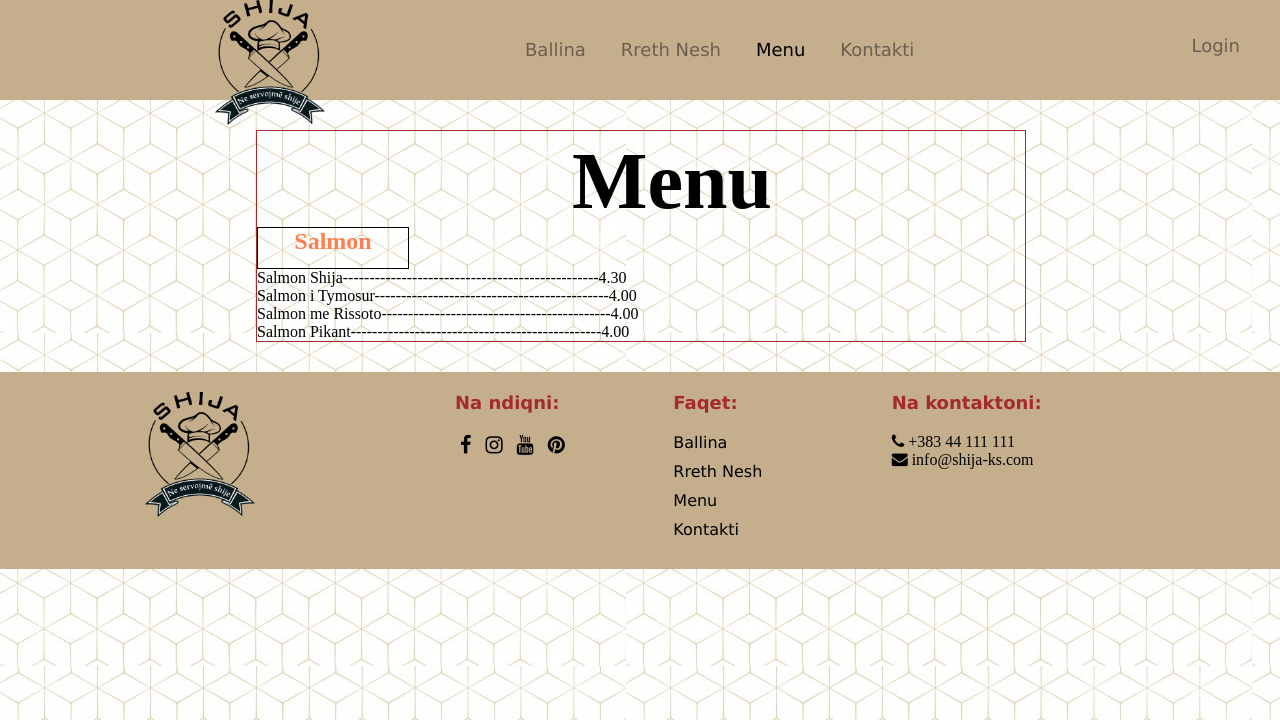
Repository: bs47892/ProjektiWeb-Shija2020
Page: http://localhost/menu.html
The author's editor kept a copy of each file at every save. The page is drawn from the files as they stood at one save, then again after the next save.
The browser window is 1280 px wide. The pictures show the whole page.
Some web fonts or font styles are not loaded; a fallback is used. The page is run by PHP 8.4 with error messages shown; the project is at /var/www/html/.

Above is the page before, as saved 2021-02-12 14:14:17.

### menu.html
<!DOCTYPE html>
<html>
    <head>
<title> Restaurant Shija </title>
<link rel="stylesheet" type="text/css" href ="style.css">
<link rel="stylesheet" href="https://stackpath.bootstrapcdn.com/font-awesome/4.7.0/css/font-awesome.min.css">
<link rel="preconnect" href="https://fonts.gstatic.com">

<link href="https://fonts.googleapis.com/css2?family=Dancing+Script&family=EB+Garamond&family=Lovers+Quarrel&display=swap" rel="stylesheet">
    </head>
    <body>
       <header class="header">
           <div class ="container">
               <div class="logo">
            <img src="images/logo-png.png" alt="llogo" width="110" height="125"/>
               </div>
           <nav>
            <ul>
                <li><a href="shija.html" class="underline">Ballina</a></li>
                <li><a href="RrethNesh.html" class="underline">Rreth Nesh</a></li>
                <li><a href="menu.html" class="underline active">Menu</a></li>
                <li><a href="kontakti.html" class="underline">Kontakti</a></li>
            </ul>
            </nav>
            <li><a href="login/login.html" class="rightlog">Login</a></li>


           </div>
        </header>
 <!--********************Ketu perfundon tagu per header*****************************-->
<div class="menuja">
    <h1>Menu</h1>
    <div class="titull">
        <h2>Salmon</h2>
    </div>
        <ul>
            <li>Salmon Shija------------------------------------------------4.30</li>
            <li>Salmon i Tymosur--------------------------------------------4.00</li>
            <li>Salmon me Rissoto-------------------------------------------4.00</li>
            <li>Salmon Pikant-----------------------------------------------4.00</li>
        </ul>

</div>








<!--**************************Ketu fillon footeri**********************************-->
<footer class="footer">
    <div class="inner_footer">
        <div class="logo">
            <img src="images/logo-png.png" alt="llogo" width="110" height="125"/>
        </div>
        <div class ="footer_third">

            <h3>Na ndiqni: </h3>
            <p>

            </p>
            <div class="socials">
            <ul>
            <li><a href="#"><i class="fa fa-facebook"></i></a></li>
            <li><a href="#"><i class="fa fa-instagram"></i></a></li>
            <li><a href="#"><i class="fa fa-youtube"></i></a></li>
            <li><a href="#"><i class="fa fa-pinterest"></i></a></li>
            </ul>
            </div>
        </div>
        <div class ="footer_third">
            <h3>Faqet: </h3>
            <p>

            </p>
            <div class="menu">
            <ul>
                <li><a href="shija.html">Ballina</a></li>
                <li><a href="RrethNesh.html">Rreth Nesh</a></li>
                <li><a href="menu.html">Menu</a></li>
                <li><a href="kontakti.html">Kontakti</a></li>
            </ul>
            </div>
            </div>

        <div class ="footer_third">
            <h3>Na kontaktoni: </h3>
            <p>

            </p>
            <div class="kontakti">
                <i class="fa fa-phone"> +383 44 111 111</i>
            <i class ="fa fa-envelope"> info@shija-ks.com</i>
            </div>
        </div>





    </footer>
    </body>
</html>

### style.css
*{
    margin:0;
    padding:0;
    list-style: none;
    text-decoration: none;
}
body{
    background-image:url(images/mainbackground.jpg);
}


header{
    min-height: 100px;
    background-color: rgb(196, 174, 140);
}
.logo {

    float:left;
    padding: 0 200px 0 215px;

}
nav ul li{
    float: left;
    line-height: 100px; /*text in the center*/
    padding-right: 15px;
}

nav ul li a{
    display: block;
    font-size: 18px;
    font-family:Verdana, Geneva, Tahoma, sans-serif;
    color:rgba(44, 37, 37, 0.582);
    padding: 0px 20px 1px 0px;

}

nav ul li a:hover{
    color:rgb(0, 0, 0);
}

.underline {
    display: inline;
    position: relative;
    user-select: none;
}



.underline::before {
    content: '';
    position: absolute;
    width: 100%;
    transform: scaleX(0);
    height: 3px;
    bottom: 0;
    left: 0;
    background-color: #000000c4;
    transform-origin: center;
    transition: transform 0.30s ease-out;
}
.underline:hover::before {
    transform: scaleX(1);
    transform-origin: center;
}

.active {
    color: black;
}
footer{
    position: relative;;    /*rreshti 47 dhe 48 e definojne poziten e footerit*/
    bottom: 0;
    width: 100vw;
    display: block;
    overflow: hidden;
    padding: 20px 0;
    box-sizing: border-box;
    background-color: rgb(196, 174, 140);
}
.inner_footer{
    display: block;
    margin: 0 auto;
    width: 1100px;
}
.inner_footer .logo{
   padding-left: 5%;

}
.inner_footer .footer_third{

  width: calc(21.666666667% - 20px);
  display: inline;
    float:left;
    height:100%
}
.inner_footer .footer_third:last-child{
    margin-right:0;
}
.inner_footer .footer_third h3{
    font-family: Verdana, Geneva, Tahoma, sans-serif;
    font-size:18px;
    color: brown;
    display:block;
    width: 100%;
    margin-bottom:20px;
}
.inner_footer .footer_third .socials a{
    font-family: Verdana, Geneva, Tahoma, sans-serif;

    display:block;
    color: black;
    font-weight:200;
    width: 100%;
    padding-bottom:20px;
}
.inner_footer .footer_third .socials li{
    display: inline-block;
    padding: 0 5px;
    font-size: 20px;
}
.inner_footer .footer_third .menu a{
    font-family:Verdana, Geneva, Tahoma, sans-serif;
    display:block;
    color: black;
    padding-bottom:10px;
}

.rightlog {
    float: right;
    display: block;
    font-size: 18px;
    font-family:Verdana, Geneva, Tahoma, sans-serif;
    color:rgba(44, 37, 37, 0.582);
    padding: 35px 40px 35px 35px;
}

.rightlog:hover {
    color: black;
}
/*main page (slider)*/
.slider{


    transform: translate(-25%, 0%);
       width:800px;
       height:500px;
       border-radius: 10px;
       overflow:hidden;

   }
   .slides{
       width:500%;
       height: 500px;
       display: flex;
   }
   .slides input{
       display: none;
   }
   .slide{
       width:20%;
       transition: 2s;
   }
   .slide img{
       width:800px;
       height:500px;
   }
   .navigation-manual{
   position: absolute;
   width:800px;
   margin-top: 460px;
   display: flex;
   justify-content: center;

   }
   .manual-btn{
       border:2px solid black;
       padding: 5px;
       border-radius: 10px;
       cursor:pointer;
       transition:1s;
   }
   .manual-btn:not(:last-child){
       margin-right: 40px;
   }
   .manual-btn:hover{
       background-color: black;

   }
   #radio1:checked ~ .first{
       margin-left:0;
   }
   #radio2:checked ~ .first{
       margin-left:-20%;
   }
   #radio3:checked ~ .first{
       margin-left:-40%;
   }
   #radio4:checked ~ .first{
       margin-left:-60%;
   }
   .navigation-auto{
       position: absolute;
       display: flex;
       width:800px;
       justify-content: center;
       margin-top: 460px;
   }
   .navigation-auto div{
       border:2px solid black;
       padding:5px;
       border-radius:10px;
       transition: 1s;
   }
   .navigation-auto div:not(:last-child){
       margin-right: 40px;
   }
   #radio:checked ~ .navigation-auto.auto-btn1{
       background: black;
   }
   #radio:checked ~ .navigation-auto.auto-btn2{
       background: black;
   }
   #radio:checked ~ .navigation-auto.auto-btn3{
       background: black;
   }
   #radio:checked ~ .navigation-auto.auto-btn4{
       background: black;
   }
   /*main slider perfundon ketu*/

   /*sllogani*/
   .sllogani{
       display:block;
       border:1px solid black;
       height: 200px;
       width: 100%;
       background-color:white;
       margin-top: 50px;
   }
   .sllogani h1{
      font-size: 500%;
      font-family:  'Dancing Script', cursive;
      color: brown;
      margin-top: 50px;
      margin-left: 30%;

   }
   /*perfundoi sllogani*/
   /*specialitet*/
   .specialiteti{
       display: block;
       border:1px solid white;
       height: 400px;
       width:100%;

   }
   .specialiteti img{
       float:left;
       margin-top:100px;
       margin-left: 20px;
       size: 275, 153;
   }
   .specialiteti h1{
       font-size: 300%;
       margin-top: 80px;
       font-family: 'EB Garamond', serif;
       font-style: italic;
   }
   .specialiteti p{
       float:right;
       font-size: 180%;
       margin-top: 25px;
       margin-right: 50px;
       line-height: 35px;
       font-family: 'EB Garamond', serif;
   }
   /*perfundon specialiteti*/
   .lokacioni{
    display: block;
    border:1px solid white;
    height: 500px;
    width:100%;
    background-color: white;

   }
.lokacioni img{
 float: left;
 margin-left: 50px;
}
.lokacioni h1{
    font-family: 'EB Garamond', serif;
    font-style: italic;
    margin-top: 50px;
    margin-left: 600px;
}
.lokacioni p{
float: right;
margin-right: 300px;
margin-top:50px;
font-size: 130%;
line-height: 50px;
font-family: 'EB Garamond', serif;
}
.lokacioni p i{
    color:mediumvioletred;
}

/* Rreth nesh */
.body02 {
    background-image:url(images/rrethdesc.png);
    height: 600px;
    width: 1536px;
}
.about-section{
    font-family: Verdana, Geneva, Tahoma, sans-serif;
}

.inner-container{
    height: 400px;
    font-family: 'Poppins', sans-serif;
}

.inner-container h1{
    font-size: 30px;
    font-weight: 900;
}

.text{
    font-size: 20px;
    color: #545454;
    line-height: px;
    text-align: justify;

}

h1 {
    margin-left: 41%;
    padding-top: 5px;
}

h2 {
    padding-top: 50px;
    padding-left: 30px;
}

p {
    line-height: 24px;
}

/*Menu fillon ketu*/
.menuja{
    border:1px solid brown;
    height: auto;
    width: 60%;
margin-left: 20%;
margin-top: 30px;
margin-bottom: 30px;
}
.menuja h1{
    font-family: 'Dancing Script', cursive ;
    font-size: 500%;
}
.menuja .titull{
    border: 1px solid black;
    height: 40px;
    width: 150px;
    text-align: center;
    color: coral;
}
.menuja .titull h2{
padding:0;
font-family: 'EB Garamond', serif;

}
/*Menu perfundon ketu*/


/*Contact Form fillon ketu*/

.containerc {
    max-width: 700px;
    width: 100%;
    margin: 0% 30% 30% 28% ;
    position: relative;
  }

  #contact input[type="text"],
  #contact input[type="email"],
  #contact input[type="tel"],
  #contact input[type="url"],
  #contact textarea,
  #contact button[type="submit"] {
    font: 400 12px/16px "Roboto", Helvetica, Arial, sans-serif;
  }

  #contact {
    background: #F9F9F9;
    padding: 25px;
    margin: 150px 0;
    box-shadow: 0 0 20px 0 rgba(0, 0, 0, 0.2), 0 5px 5px 0 rgba(0, 0, 0, 0.24);
  }

  #contact h3 {
    display: block;
    font-size: 40px;
    font-weight: 300;
    margin-bottom: 10px;
    text-align:center;
    font-family: Fjalla One, sans-serif;
  }

  #contact h4 {
    margin: 5px 0 15px;
    display: block;
    font-size: 13px;
    font-weight: 400;
    text-align: center;
    font-family: Fjalla One, sans-serif;
  }

  fieldset {
    border: medium none !important;
    margin: 0 0 10px;
    min-width: 100%;
    padding: 0;
    width: 100%;
  }

  #contact input[type="text"],
  #contact input[type="email"],
  #contact input[type="tel"],
  #contact input[type="url"],
  #contact textarea {
    width: 100%;
    border: 1px solid #ccc;
    background: #FFF;
    margin: 0 0 5px;
    padding: 10px;
    font-family: Arial, Helvetica, sans-serif;
  }

  #contact input[type="text"]:hover,
  #contact input[type="email"]:hover,
  #contact input[type="tel"]:hover,
  #contact input[type="url"]:hover,
  #contact textarea:hover {
    -webkit-transition: border-color 0.3s ease-in-out;
    -moz-transition: border-color 0.3s ease-in-out;
    transition: border-color 0.3s ease-in-out;
    border: 1px solid #aaa;
    font-family: Arial, Helvetica, sans-serif;
  }

  #contact textarea {
    height: 100px;
    max-width: 100%;
    resize: none;
  }

  #contact button[type="submit"] {
    cursor: pointer;
    width: 100%;
    border: none;
    background: #000000e1;
    color: rgb(255, 255, 255);
    margin: 0 0 5px;
    padding: 10px;
    font-size: 15px;
    border: 3px solid black;
    border-radius: 10px;
  }

  #contact button[type="submit"]:hover {
    background: rgba(255, 255, 255, 0);
    color: rgb(11, 59, 11);
    border: 3px solid black;
    -webkit-transition: background 1s ease-in-out;
    -moz-transition: background 1s ease-in-out;
    transition: background-color 1s ease-in-out;
  }

  #contact button[type="submit"]:active {
    box-shadow: inset 0 1px 3px rgb(126, 0, 0);
  }

  .copyright {
    text-align: center;
  }

  .aboutlink {
    font-size: 18px;
    color: #000000;
  }

  .aboutlink:hover {
    font-size: 18.9px;
  }

  #contact input:focus,
  #contact textarea:focus {
    outline: 0;
    border: 1px solid #aaa;
  }

  ::-webkit-input-placeholder {
    color: #888;
  }

  :-moz-placeholder {
    color: #888;
  }

  ::-moz-placeholder {
    color: #888;
  }

  :-ms-input-placeholder {
    color: #888;
  }

After the next save:
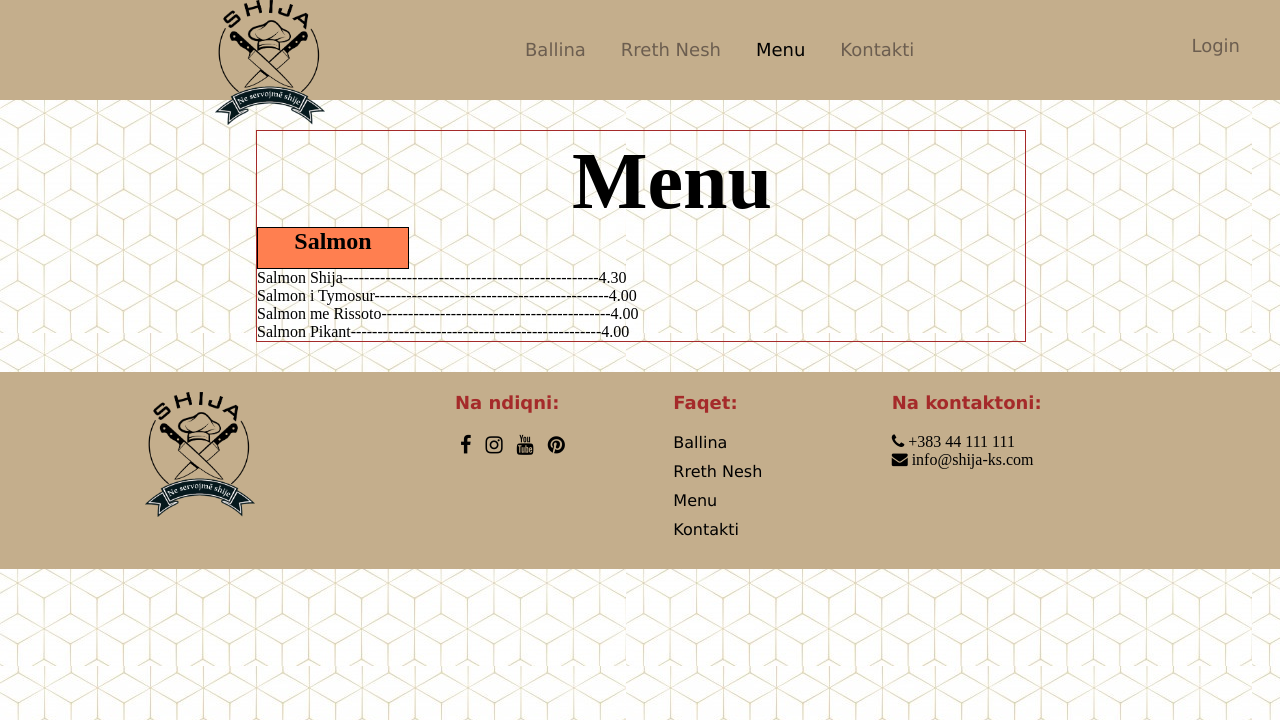
Saved 12 s later.
--- a/style.css
+++ b/style.css
@@ -364,7 +364,7 @@ margin-bottom: 30px;
     height: 40px;
     width: 150px;
     text-align: center;
-    color: coral;
+    background-color: coral;
 }
 .menuja .titull h2{
 padding:0;
